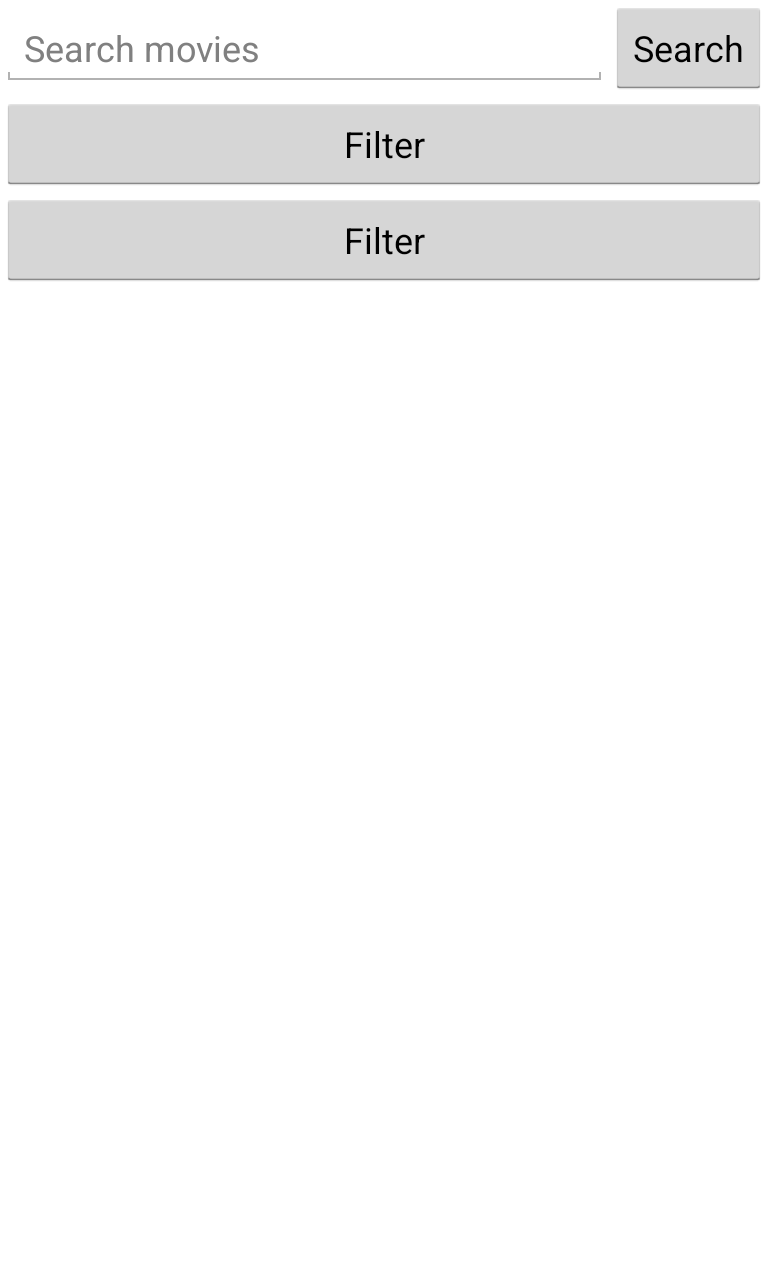
Repository: Tupling/Android-MovieDB
Layout: Java2_Android_App/MovieDB/res/layout/linear_layout.xml
An editor plug-in stored every save of this project. The layout is shown before and after the next save, followed by the edit.
It is drawn on a 768 x 1280 px phone screen (xhdpi) without system bars, with theme AppTheme; the app's code is not run. Lists and similar views that code fills are empty.

Above is the layout before, as saved 2013-12-07 19:21:53.

### Java2_Android_App/MovieDB/res/layout/linear_layout.xml
<?xml version="1.0" encoding="utf-8"?>
<LinearLayout xmlns:android="http://schemas.android.com/apk/res/android"
    android:layout_width="match_parent"
    android:layout_height="match_parent"
    android:orientation="vertical" >

    <LinearLayout
        android:layout_width="match_parent"
        android:layout_height="wrap_content"
        android:orientation="horizontal">

        <EditText
            android:id="@+id/search_input"
            android:layout_width="0dip"
            android:layout_weight="1"
            android:layout_height="wrap_content"
            android:hint="@string/search_movies"/>

        <Button
            android:id="@+id/search_button"
            android:layout_width="wrap_content"
            android:layout_height="wrap_content"
            android:text="@string/search_btn_text"/>


    </LinearLayout>
            <Button
            android:id="@+id/filter_button"
            android:layout_width="match_parent"
            android:layout_height="wrap_content"
            android:text="@string/filter_btn_text"/>

            <Button
            android:id="@+id/refresh_previous"
            android:layout_width="match_parent"
            android:layout_height="wrap_content"
            android:text="@string/filter_btn_text"/>
        <ListView
       android:id="@+id/movie_list"
        android:layout_width="wrap_content"
        android:layout_height="wrap_content" >

    </ListView>
</LinearLayout>

### Java2_Android_App/MovieDB/res/values/strings.xml
<?xml version="1.0" encoding="utf-8"?>
<resources>

    <string name="app_name">MovieDB</string>
    <string name="action_settings">Settings</string>
    <string name="hello_world">Hello world!</string>
    <string name="search_movies">Search movies</string>
    <string name="search_btn_text">Search</string>
    <string name="filter_btn_text">Filter</string>

</resources>

Loaded but not shown: Java2_Android_App/MovieDB/res/values/styles.xml (common file); Java2_Android_App/MovieDB/res/values-v11/styles.xml (common file); Java2_Android_App/MovieDB/res/values-v14/styles.xml (common file)

After the next save:
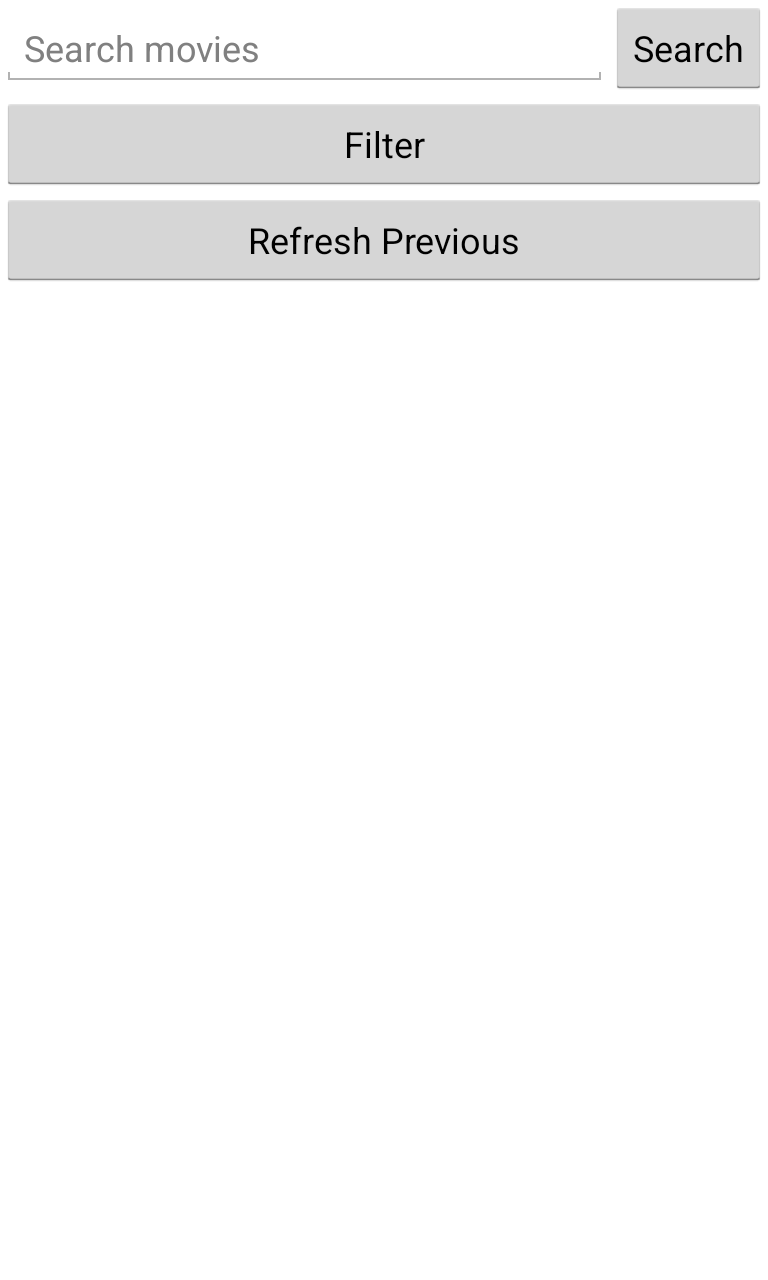
Saved 7 s later.
--- a/Java2_Android_App/MovieDB/res/layout/linear_layout.xml
+++ b/Java2_Android_App/MovieDB/res/layout/linear_layout.xml
@@ -34,7 +34,7 @@
             android:id="@+id/refresh_previous"
             android:layout_width="match_parent"
             android:layout_height="wrap_content"
-            android:text="@string/filter_btn_text"/>
+            android:text="Refresh Previous"/>
         <ListView
        android:id="@+id/movie_list"
         android:layout_width="wrap_content"
